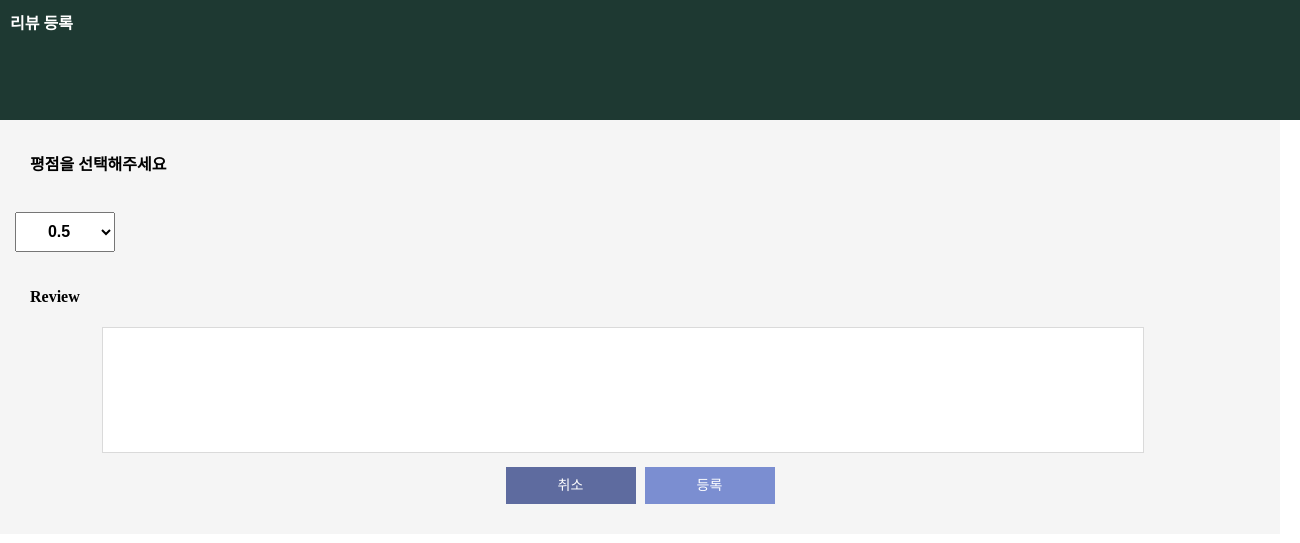
Repository: KimYoungHwans/Yproject
Page: http://localhost/Yproject/WEB-INF/views/replyEnroll.jsp
These files come from the project's save history. The page is drawn as it stood at one moment and after the next save; the edit follows.
The browser window is 1280 px wide. The page is 1300 px wide, so the pictures cover 1300 px, including what lies to the right of the window. The pictures show the whole page.
The page is served by Tomcat 9. Nobody is signed in. Other server files are loaded and not shown. The template is opened directly, without the code that normally fills it, so the values that code supplies are empty.

Above is the page before, as saved 2023-01-18 07:17:10.

### workspace/Yproject/src/main/webapp/WEB-INF/views/replyEnroll.jsp
<%@ page language="java" contentType="text/html; charset=UTF-8"
    pageEncoding="UTF-8"%>
<!DOCTYPE html>
<html>
<head>
<meta charset="UTF-8">
<title>Insert title here</title>

<script
  src="https://code.jquery.com/jquery-3.4.1.js"
  integrity="sha256-WpOohJOqMqqyKL9FccASB9O0KwACQJpFTUBLTYOVvVU="
  crossorigin="anonymous"></script>

   <style type="text/css">
  	/* 창 여분 없애기 */
  	body{
  		margin : 0;
  	}
  	/* 전체 배경화면 색상 */
  	.wrapper_div{
		background-color: #f5f5f5;
	    height: 100%;
  	}
 	/* 팝업창 제목 */
  	.subject_div{
	    width: 100%;
	    background-color: #1E3932;
	    color: white;
	    padding: 10px;
	    font-weight: bold;
	    height: 100px;
  	}

  	/* 컨텐츠, 버튼 영역 padding */
  	.input_wrap{
  		padding: 30px;
  	}
  	.btn_wrap{
  		padding: 5px 30px 30px 30px;
  		text-align: center;
  	}

  	/* 버튼 영역 */
  	.cancle_btn{
  		margin-top:5px;
  		margin-right:5px;
  	    display: inline-block;
	    width: 130px;
	    background-color: #5e6b9f;
	    padding-top: 10px;
	    height: 27px;
	    color: #fff;
	    font-size: 14px;
	    line-height: 18px;
  	}
  	.enroll_btn{
   	    display: inline-block;
	    width: 130px;
	    background-color: #7b8ed1;
	    padding-top: 10px;
	    height: 27px;
	    color: #fff;
	    font-size: 14px;
	    line-height: 18px;
  	}

	/* 상품제목 영역 */
	.productName_div h2{
		margin : 0;
	}
  	/* 평점 영역 */
  	.rating_div{
  		padding-top: 10px;
  	}
  	.rating_div h4{
  		margin-left: 30px;
  	}
  	select{
  	margin: 15px;
    width: 100px;
    height: 40px;
    text-align: center;
    font-size: 16px;
    font-weight: 600;
  	}
  	/* 리뷰 작성 영역 */
  	.content_div{

  	}
  	.content_div h4{
  		margin-left : 30px;
  	}
  	textarea{
		width: 80%;
	    height: 100px;
	    border: 1px solid #dadada;
	    padding: 12px 8px 12px 8px;
	    font-size: 15px;
	    color: #a9a9a9;
	    resize: none;
	  margin-left: 8%;

  	}

  </style>
</head>
<body>

	<div class="wrapper_div">
		<div class="subject_div">
			리뷰 등록
		</div>

		<div class="rating_div">
			<h4> 평점을 선택해주세요 </h4>
				<select name="rating">
					<option value="0.5">0.5</option>
					<option value="1.0">1.0</option>
					<option value="1.5">1.5</option>
					<option value="2.0">2.0</option>
					<option value="2.5">2.5</option>
					<option value="3.0">3.0</option>
					<option value="3.5">3.5</option>
					<option value="4.0">4.0</option>
					<option value="4.5">4.5</option>
					<option value="5.0">5.0</option>
				</select>
		</div>
		<div class="content_div">
			<h4>Review</h4>
			<textarea name="content"></textarea>
		</div>

		<div class="btn_wrap">
			<a class="cancle_btn">취소</a>
			<a class="enroll_btn">등록</a>
		</div>

	</div>


	<script>

	//취소 버튼
	$(".cancle_btn").on("click", function(e){

		window.close();
	});


	//등록 버튼
	$(".enroll_btn").on("click",function(e){

		const productId = '${productIntro.productId}';
		const memberId = '${memberId}';
		const rating = $("select").val();
		const content = $("textarea").val();

		const data = {
				productId : productId,
				memberId : memberId,
				rating : rating,
				content : content
		}

		$.ajax({
			data : data,
			type : 'POST',
			url : '/reply/enroll',
			success : function(result){

				//댓글 초기화 후 팝업 창 닫아주기
				$(opener.location).attr("href", "javascript:replyListInit();");
				window.close();

			}

		});
	});

	</script>

</body>
</html>

After the next save:
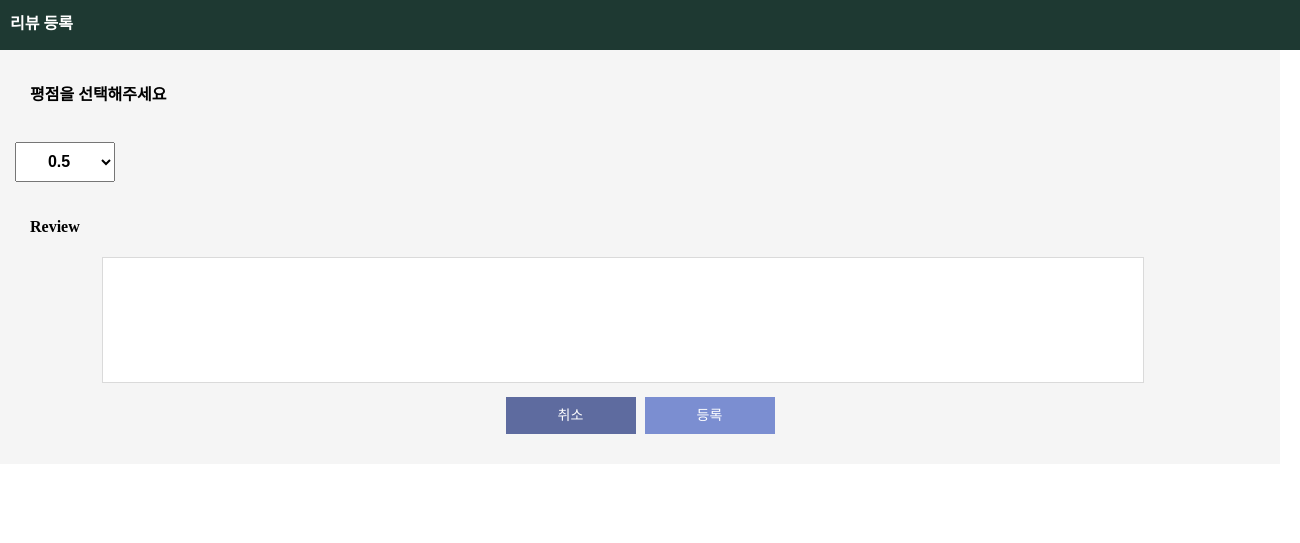
Saved 5 s later.
--- a/workspace/Yproject/src/main/webapp/WEB-INF/views/replyEnroll.jsp
+++ b/workspace/Yproject/src/main/webapp/WEB-INF/views/replyEnroll.jsp
@@ -28,7 +28,7 @@
 	    color: white;
 	    padding: 10px;
 	    font-weight: bold;
-	    height: 100px;
+	    height: 30px;
   	}
 
   	/* 컨텐츠, 버튼 영역 padding */
